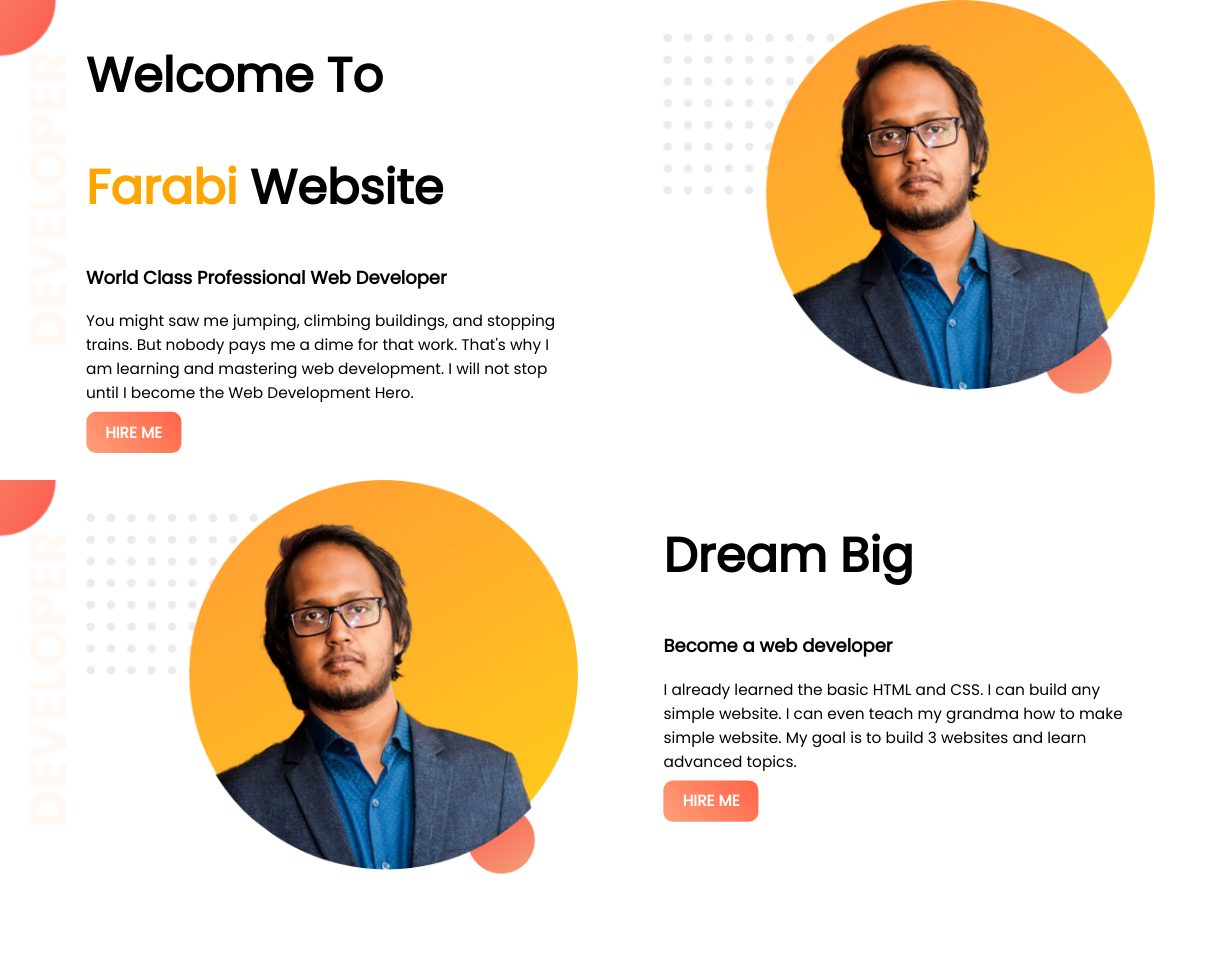
Repository: mohsinfarabi/web-portfolio
Page: index.html
The author's editor kept a copy of each file at every save. The page is drawn from the files as they stood at one save, then again after the next save.
The browser window is 1280 px wide. The pictures show the whole page, at 96% of full size.

Above is the page before, as saved 2020-06-30 23:09:42.

After the next save:
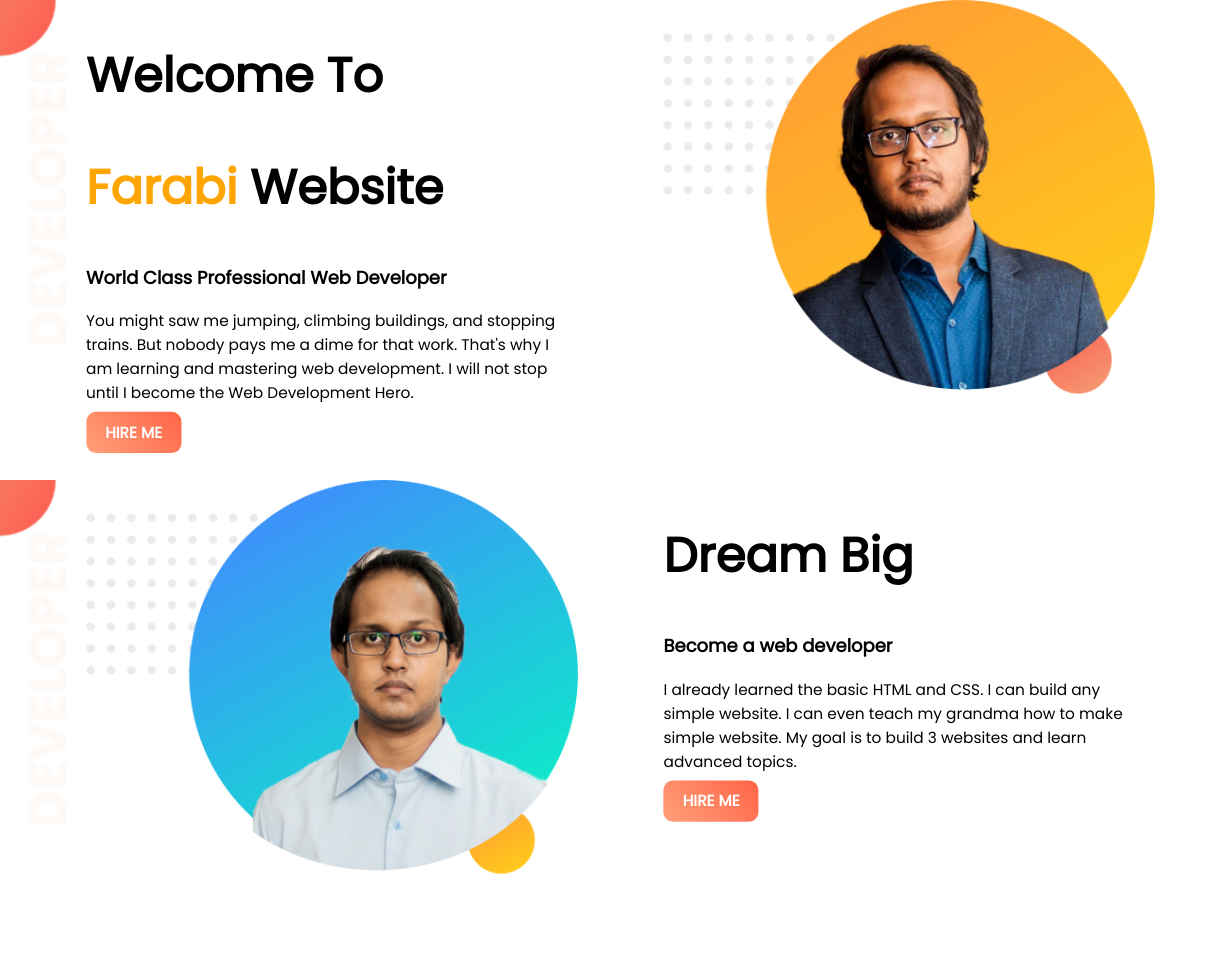
Saved 14 min 43 s later.
--- a/index.html
+++ b/index.html
@@ -24,7 +24,7 @@
     </section>
     <section class="dream-area">
         <div class="half-width">
-            <img src="images/profile1.png" alt="">
+            <img src="images/profile2.png" alt="">
         </div>
         <div class="half-width">
             <h1>Dream Big</h1>
